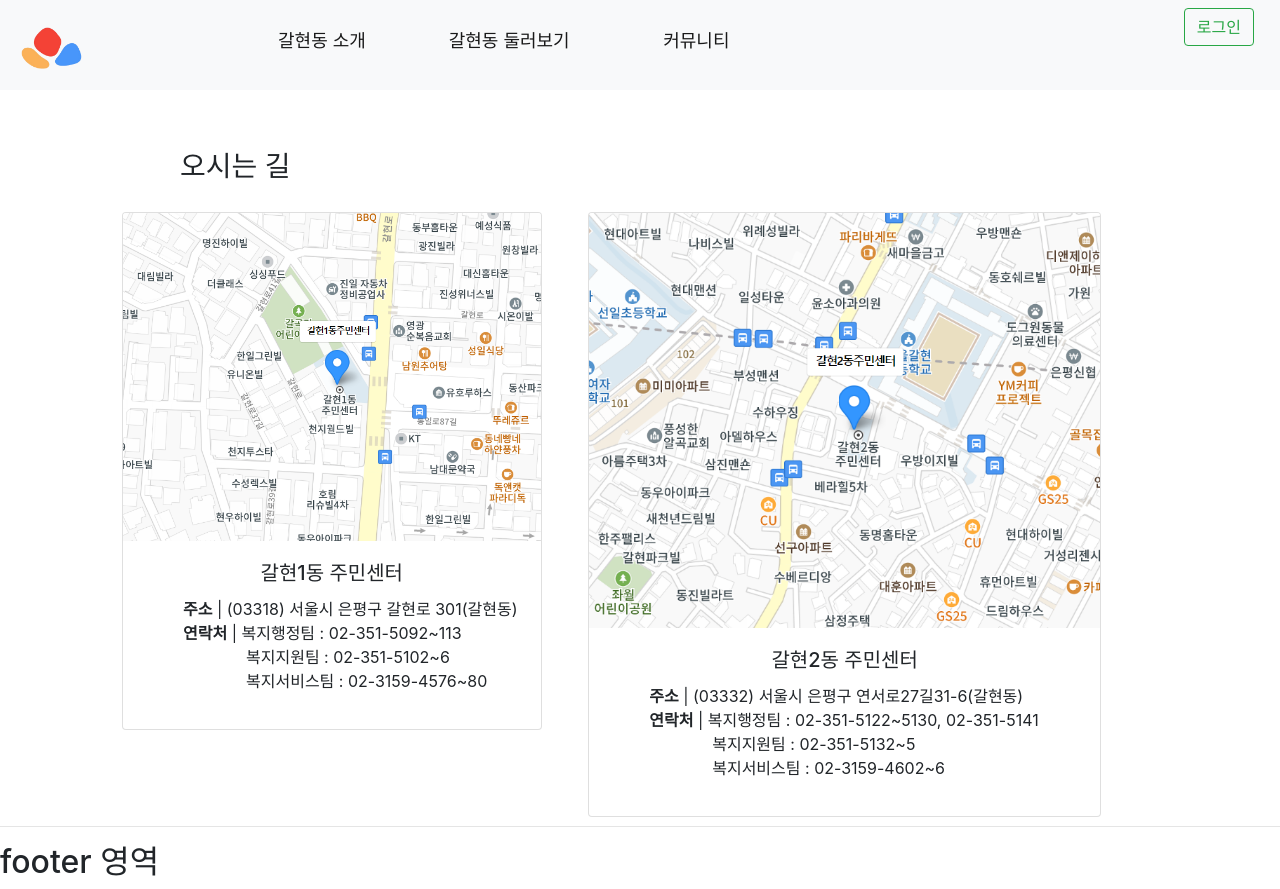
Repository: rnjsmj/pro01
Page: http://localhost/pro01/intro/map.jsp
These files come from the project's save history. The page is drawn as it stood at one moment and after the next save; the edit follows.
The browser window is 1280 px wide. The pictures show the whole page.
The page is served by Tomcat 9. Nobody is signed in. The application's start-up code is not run. The template is opened directly, without the code that normally fills it, so the values that code supplies are empty.

Above is the page before, as saved 2024-04-14 16:20:52.

After the next save:
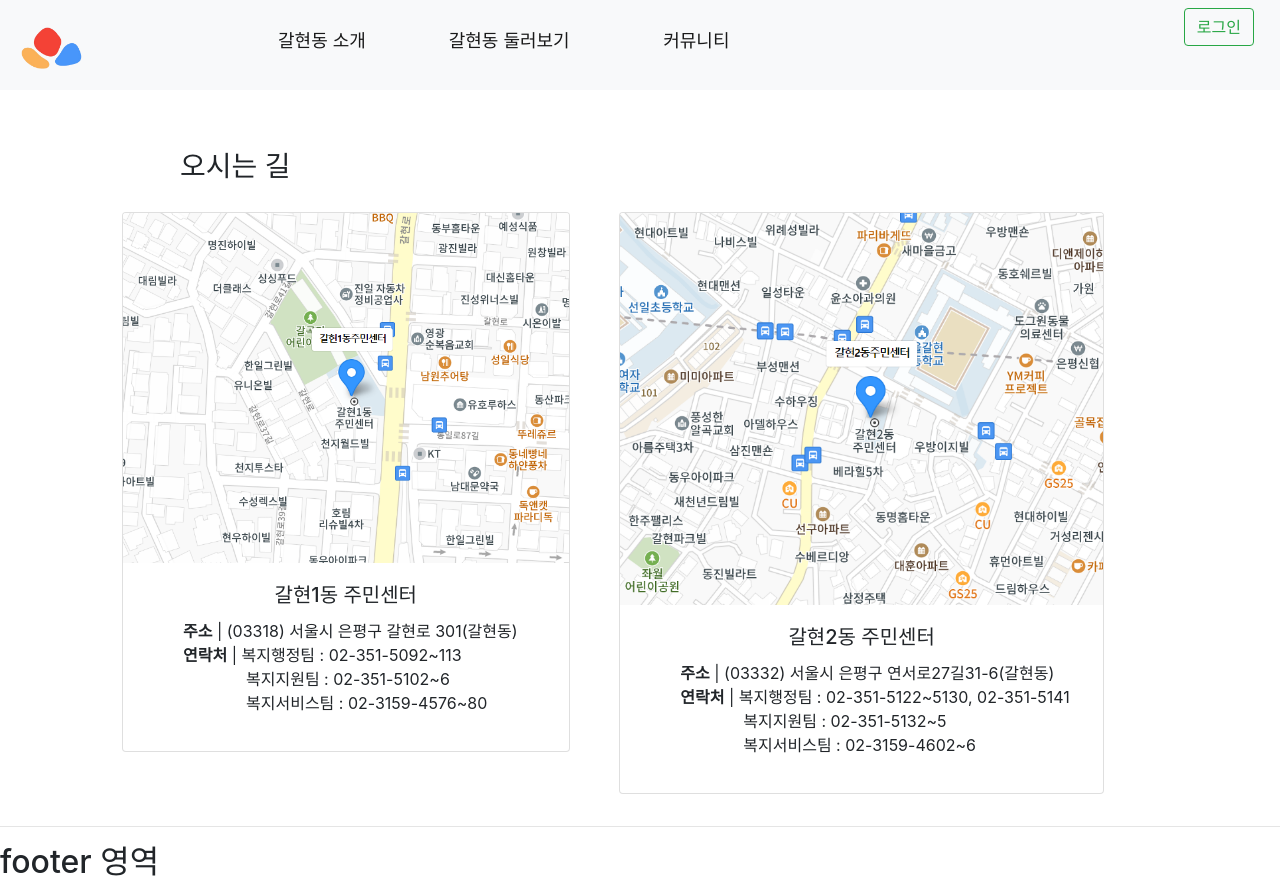
Saved 15 s later.
--- a/pro01/WebContent/intro/map.jsp
+++ b/pro01/WebContent/intro/map.jsp
@@ -13,8 +13,8 @@
 	#contents { background-color: #ffffff; height:100vh; text-align:center;justify-content:center; display:grid; }
 	.page { padding : 2em; text-align : center; justify-content:center; width:1100px;}
 	.map-main {text-align:center; width:100%}
-	.div-map1 {float:left; text-align:center;  width:45%; box-sizing:border-box;}
-	.div-map2 {float:right; text-align:center;  width:55%; box-sizing:border-box;}
+	.div-map1 {float:left; text-align:center;  width:48%; box-sizing:border-box;}
+	.div-map2 {float:right; text-align:center;  width:52%; box-sizing:border-box;}
 
 
 	.box_list { display: inline-block; vertical-align: middle; list-style:none;
